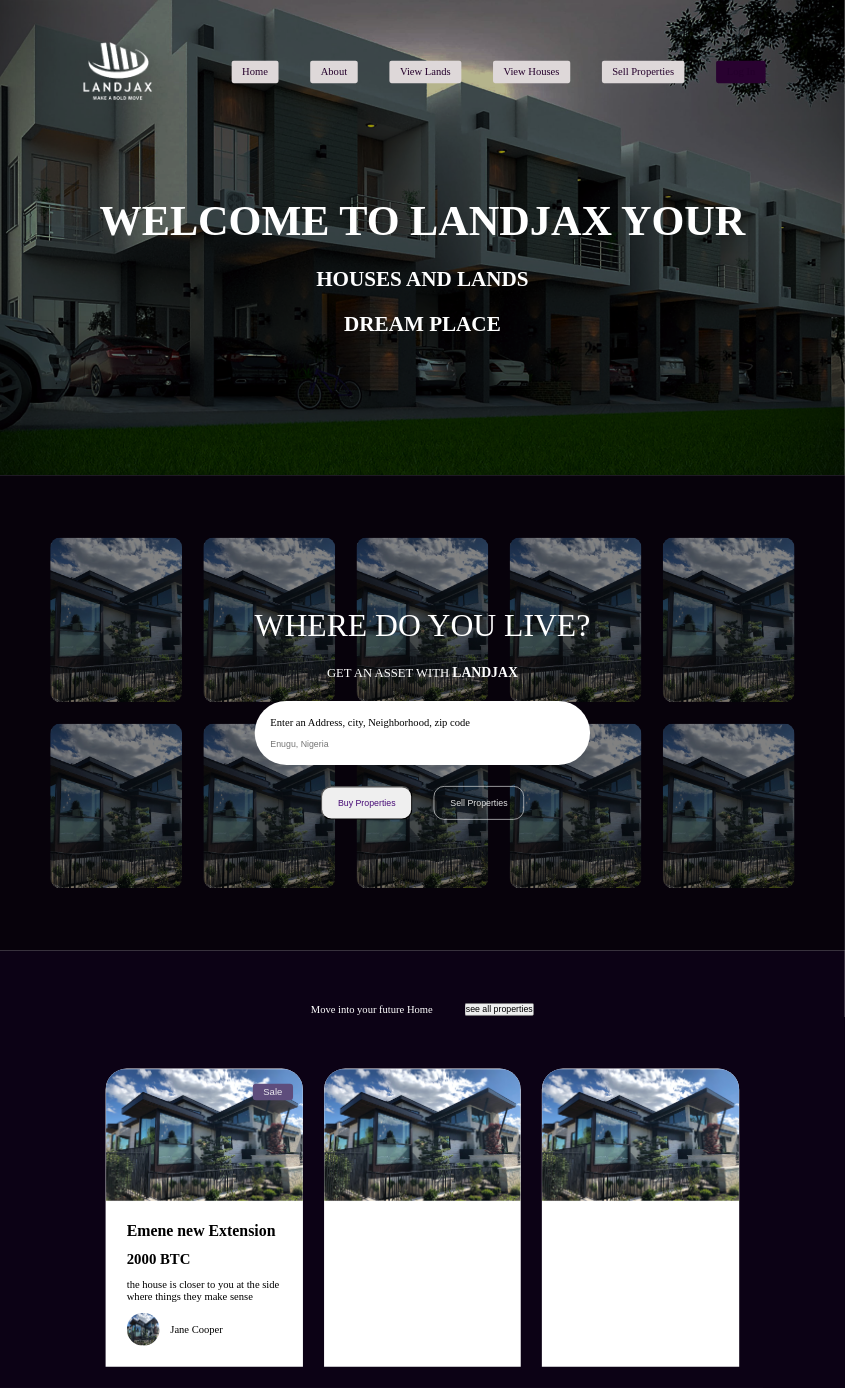
Repository: NorVirae/landjax-frontend
Page: /
An editor plug-in stored every save of this project. The page is shown before and after a run of saves, followed by the edit.
The browser window is 1280 px wide. The pictures show the whole page, at 66% of full size.
The project was rebuilt for these pictures with package versions that can differ from the ones it lists, and the page was loaded fresh each time. The framework's server and built-in components were replaced by stand-ins that run in the browser. Also part of the build but not shown: next.config.js.

Above is the page before, as saved 2022-07-03 06:52:51.

### pages/_app.tsx
import '../src/styles/Landing.css'
import '../src/styles/Global.css'


import type { AppProps } from 'next/app'

function MyApp({ Component, pageProps }: AppProps) {
  return <Component {...pageProps} />
}

export default MyApp

### pages/index.tsx
import type { NextPage } from 'next'
import Head from 'next/head'
import Image from 'next/image'
import Navbar from '../src/components/Navbar'
import HouseImg from '../src/assets/24.png'

const Home = () => {
  return (
    <div>
      <Head>
        <title>Land Jax</title>
        <meta name="description" content="Generated by create next app" />
        <link rel="icon" href="/favicon.ico" />
      </Head>


      <main>
        <section className='carousel__container'>
          <Navbar />

          <div className='carousel__welcome-screen'>
            <h2 className='carousel__welcome-text'>WELCOME TO LANDJAX YOUR</h2>
            <h3 className='carousel__house-lands'>HOUSES AND LANDS</h3>
            <h4 className='carousel__dream-place'>DREAM PLACE</h4>

          </div>

        </section>

        <section className='house__preview'>

          <div className='house__preview-overlay'>

          </div>

          <div className='house__preview-inner'>
            <Image src={HouseImg} height={"250rem"} objectFit={"cover"} width="200rem" className='house__image-preview'/>
            <Image src={HouseImg} height={"250rem"} objectFit={"cover"} width="200rem" className='house__image-preview'/>
            <Image src={HouseImg} height={"250rem"} objectFit={"cover"} width="200rem" className='house__image-preview'/>
            <Image src={HouseImg} height={"250rem"} objectFit={"cover"} width="200rem" className='house__image-preview'/>
            <Image src={HouseImg} height={"250rem"} objectFit={"cover"} width="200rem" className='house__image-preview'/>
            <Image src={HouseImg} height={"250rem"} objectFit={"cover"} width="200rem" className='house__image-preview'/>
            <Image src={HouseImg} height={"250rem"} objectFit={"cover"} width="200rem" className='house__image-preview'/>
            <Image src={HouseImg} height={"250rem"} objectFit={"cover"} width="200rem" className='house__image-preview'/>
            <Image src={HouseImg} height={"250rem"} objectFit={"cover"} width="200rem" className='house__image-preview'/>
            <Image src={HouseImg} height={"250rem"} objectFit={"cover"} width="200rem" className='house__image-preview'/>

          </div>

          <section className='house__intro'>
            <p className='house__live'> WHERE DO YOU LIVE?</p>
            <p className='house__asset'> GET AN ASSET WITH <span className='house__land-annouce'>LANDJAX</span></p>

            <div className='house__form-group'>
              <label className='house__form-label'>Enter an Address, city, Neighborhood, zip code</label>
              <input className="house__form-control" placeholder='Enugu, Nigeria' />
            </div>
            <div className='house__btn-ecom-container'>
              <button className='house__btn-buy-prop'>Buy Properties</button>
              <button className='house__btn-sell-prop'>Sell Properties</button>
            </div>


          </section>

        </section>

        <section className='future__container'>
          <div className='future__header'>
            <p>Move into your future Home</p>
            <button>
              see all properties
            </button>
          </div>

          <div className='future__houses-card-container'>
            <section className='future__house-card'>
              <Image src={HouseImg} className='future__card-img'/>
              <div className='future__card-body'>
                <button className='future__btn-sale'>Sale</button>
                <h3 className='future__card-title'>
                  Emene new Extension
                </h3>
                <span className='future__card-price'>
                  2000 BTC
                </span>

                <p className='future__card-desc'>
                  the house is closer to you at the side where things they make sense
                </p>

                <div className='future__profile-container'>
                  <Image src={HouseImg} height="50rem" width={"50rem"} className="future__profile-img" />
                  Jane Cooper
                </div>
              </div>
            </section>

            <section className='future__house-card'>
              <Image src={HouseImg} className='future__card-img'/>
            </section>

            <section className='future__house-card'>
              <Image src={HouseImg} className='future__card-img'/>
            </section>
          </div>
        </section>

      </main>

      <footer>

      </footer>
    </div>
  )
}

export default Home

### src/styles/Landing.css
.carousel__container{
    background-repeat: no-repeat;
    background-image: url('../assets/1.png');
    background-size: cover;
    height: 100vh;
    width: 100vw;
}
.navbar{
    display: flex;
    justify-content: space-around;
    padding: 4rem;
    align-items: center;
}


.navbar .nav {
    display: flex;
    text-decoration: none;
    list-style: none;
    gap: 3rem;
}

.navbar .nav a{

}

.navbar__nav-link{
    /* padding: 3rem 2rem; */
    color: #25012C;
}

.navbar__nav-item{
    background-color: #DED8D9;
    color: #25012C;
    padding: .5rem 1rem;
    border-radius: .2rem;

}

.sign-in{
    background-color: #290230;
    color: #DFDDDF!important;

}

.carousel__welcome-screen{
    padding: 5rem 3rem;
    color: white;
    display: flex;
    justify-content: center;
    align-items: center;
    flex-direction: column;
    gap: 2rem;
}


.carousel__welcome-text{
    font-size: 4rem;
}
.carousel__house-lands{
    font-size: 2rem;
}
.carousel__dream-place{
    font-size: 2rem;
}


.house__preview{
    height: 100vh;
    width: 100vw;
    display: flex;
    justify-content: center;
    align-items: center;
    display: flex;
    flex-direction: column;
    background-color: #0D0316;
    position: relative;

}

.house__preview-inner{
    display: grid;
    gap: 2rem;
    grid-template-columns: repeat(5, 1fr);

}

.house__preview-overlay{
    background-color: #0000007e;
    height: 100vh;
    width: 100vw;
    position: absolute;
    left: 0%;
    top: 0%;
    z-index: 2;
}

.house__image-preview{
    border-radius: 1rem;
}

.house__intro {
    display: flex;
    justify-content: center;
    align-items: center;
    flex-direction: column;
    gap: 2rem;
    position: absolute;
    color: white;
    z-index: 3;
}

.house__live{
    font-size: 3rem;
}

.house__asset{
    font-size: 1.2rem;
}

.house__land-annouce{
    font-weight: 900;
    font-size: 1.3rem;
}

.house__form-group{
    background-color: white;
    border: 1rem;
    padding: 1.5rem;
    border-radius: 3rem;
    display: flex;
    flex-direction: column;
    gap: 1rem;
    width: 100%;
}

.house__form-label{
    color: black;
}

.house__form-control{
    border: none;
}

.house__form-control:focus{
    outline: none;
}

.house__btn-ecom-container{
    display: flex;
    gap: 2rem;
}

.house__btn-buy-prop{
    padding: 1rem 1.5rem;
    border-radius: 1rem;
    color: #470C76;

}

.house__btn-sell-prop{
    padding: 1rem 1.5rem;
    border-radius: 1rem;
    color: #E1E2E2;
    background-color: transparent;
    border: .1rem solid #E1E2E2;

}

.future__container{
    width: 100vw;
    background-color: #0C0215;
    padding: 2rem 3rem;

    display: flex;
    justify-content: center;
    align-items: center;
    flex-direction: column;
    gap: 2rem;
}

.future__header{
    color: white;
    display: flex;
    align-items: center;
    gap: 3rem;
    padding: 3rem 7rem;
}


.future__prop-text{
    font-size: 3rem;

}
.future__btn-prop{
    font-size: 1.2rem;
    padding: 1rem 3rem;
    background-color: #2B0549;
    color: white;
    border: none;
}
.future__houses-card-container{
    display: grid;
    grid-template-columns: repeat(3, 1fr);
    gap: 2rem;
    margin: auto 3rem;
    max-width: 60rem;
}

.future__house-card{
    display: flex;
    flex-direction: column;
    color: white;
    border-top-left-radius: 2rem;
    border-top-right-radius: 2rem;
    height: 100%;
    background-color: #ffff;
    position: relative;

}

.future__card-img{
    border-top-left-radius: 2rem;
    border-top-right-radius: 2rem;

}

.future__card-body{
    display: flex;
    flex-direction: column;
    color: #000;
    gap: 1rem;
    padding: 2rem;
}

.future__card-title{
    font-weight: 900;
    font-size: 1.5rem;
}

.future__card-price{
    font-size: 1.4rem;
    font-weight: 900;
}

.future__card-desc{
    font-size: 1rem;
}

.future__profile-container{
    display: flex;
    align-items: center;
    gap: 1rem;

}
.future__profile-img{
    border-radius: 100%;
}

.future__btn-sale{
    background-color: #5E4D7C;
    color: #EBE9EF;
    padding: .3rem 1rem;
    border-radius: .3rem;
    position: absolute;
    border: none;
    font-size: .9rem;
    right: 5%;
    top: 5%;
    z-index: 2;
}

.explore__market-container{
    display: flex;
    gap: 4rem;
    justify-content: space-around;
    background-image: url(../assets//16.png);
}

### src/styles/Global.css
* {
    padding: 0;
    margin: 0;
    box-sizing: border-box;
}

a {
    text-decoration: none;
}

### src/components/Navbar.tsx
import Link from "next/link";
import React from "react";
import Image from "next/image";
import Logo from "../assets/logo.png"

const Navbar:React.FC = ({}) => {

    return (
        <nav className="navbar">
            <Link href="#">
                <Image className="navbar_brand" src={Logo} width="120rem" objectFit="contain" height="90rem" />
            </Link>
            <ul className="nav">
                <li className="navbar__nav-item">
                    <Link href={"/"}>
                        <a className={"navbar__nav-link"}>
                            Home
                        </a>
                    </Link>
                </li>

                <li className="navbar__nav-item">
                    <Link href={"/"}>
                        <a className={"navbar__nav-link"}>
                            About
                        </a>
                    </Link>
                </li>

                <li className="navbar__nav-item">
                    <Link href={"/view/lands"}>
                        <a className={"navbar__nav-link"}>
                            View Lands
                        </a>
                    </Link>
                </li>

                <li className="navbar__nav-item">
                    <Link href={"/view/houses"}>
                        <a className={"navbar__nav-link"}>
                            View Houses
                        </a>
                    </Link>
                </li>

                <li className="navbar__nav-item">
                    <Link href={"/sell/properties"}>
                        <a className={"navbar__nav-link"}>
                            Sell Properties
                        </a>
                    </Link>
                </li>

                <li className="navbar__nav-item sign-in">
                    <Link href={"/login"}>
                        <a className={"navbar__nav-link"}>
                            Log In
                        </a>
                    </Link>
                </li>
            </ul>
        </nav>
    )

}

export default Navbar;

After the next 2 saves:
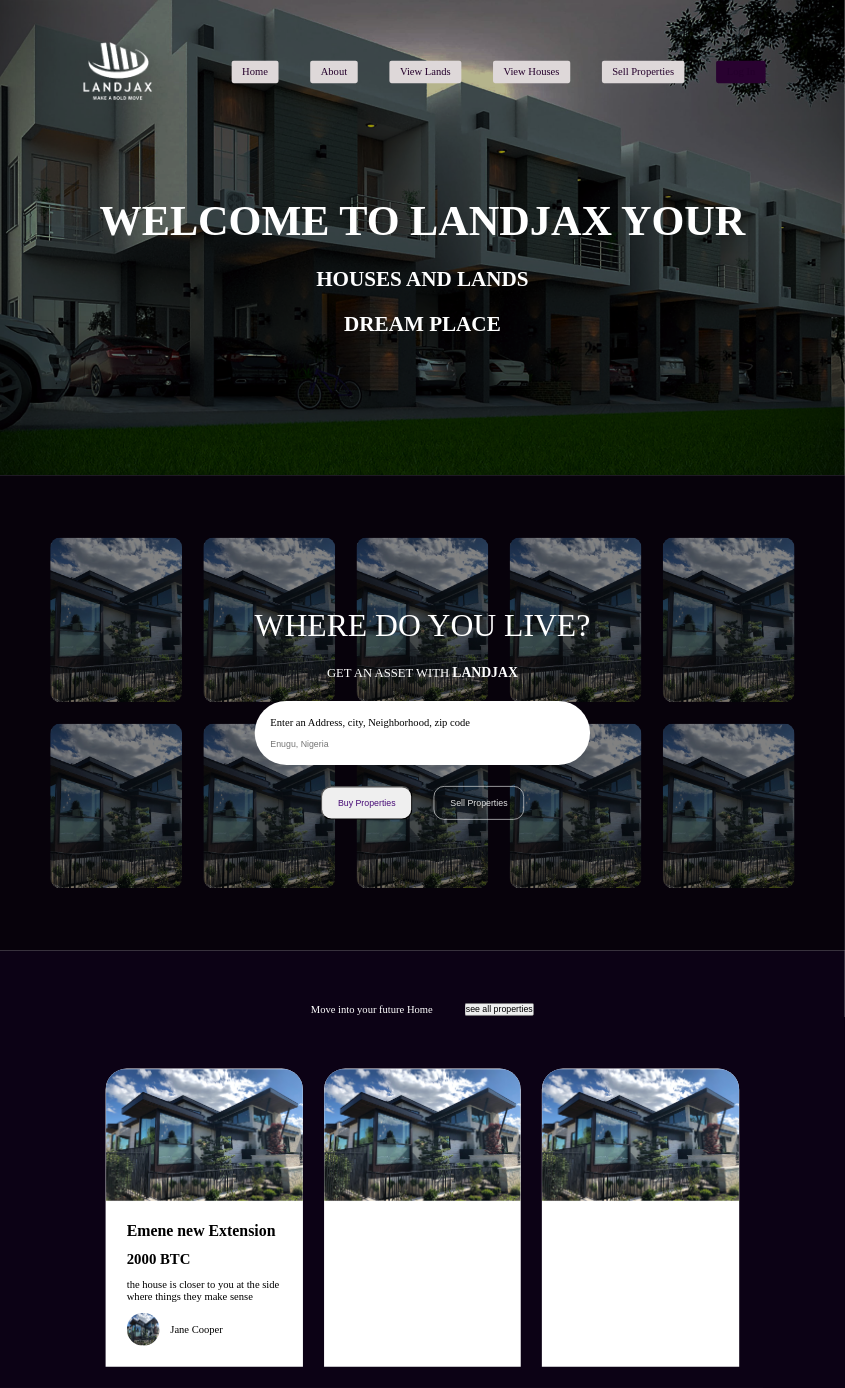
The 2 saves are shown as one change because they came seconds apart.
The last was saved 9 s later.
--- a/pages/index.tsx
+++ b/pages/index.tsx
@@ -76,8 +76,8 @@
           <div className='future__houses-card-container'>
             <section className='future__house-card'>
               <Image src={HouseImg} className='future__card-img'/>
+
               <div className='future__card-body'>
-                <button className='future__btn-sale'>Sale</button>
                 <h3 className='future__card-title'>
                   Emene new Extension
                 </h3>

After the 2 saves that followed:
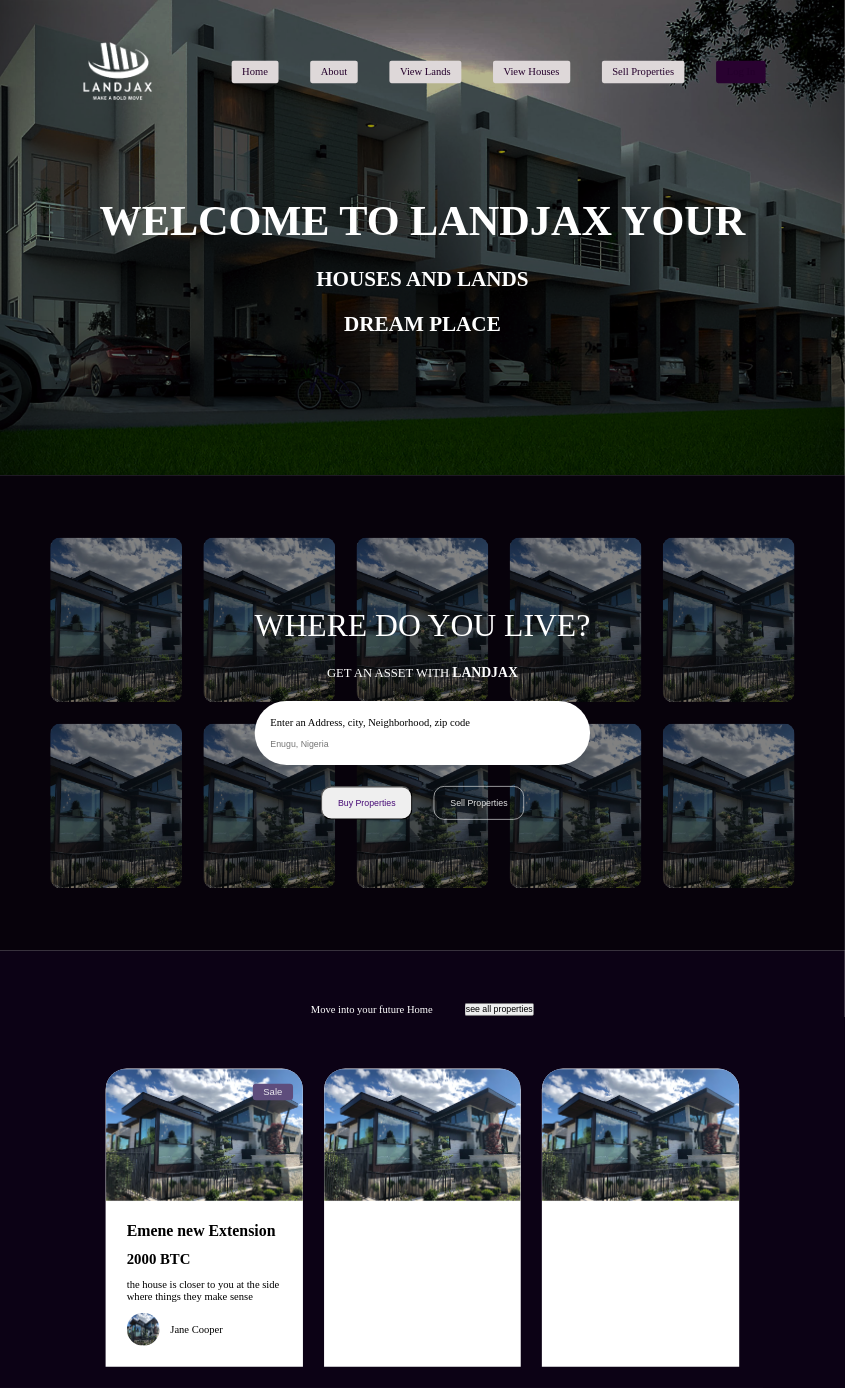
The 2 saves are shown as one change because they came seconds apart.
The last was saved 7 s later.
--- a/pages/index.tsx
+++ b/pages/index.tsx
@@ -75,8 +75,9 @@
 
           <div className='future__houses-card-container'>
             <section className='future__house-card'>
+            <button className='future__btn-sale'>Sale</button>
+
               <Image src={HouseImg} className='future__card-img'/>
-
               <div className='future__card-body'>
                 <h3 className='future__card-title'>
                   Emene new Extension
